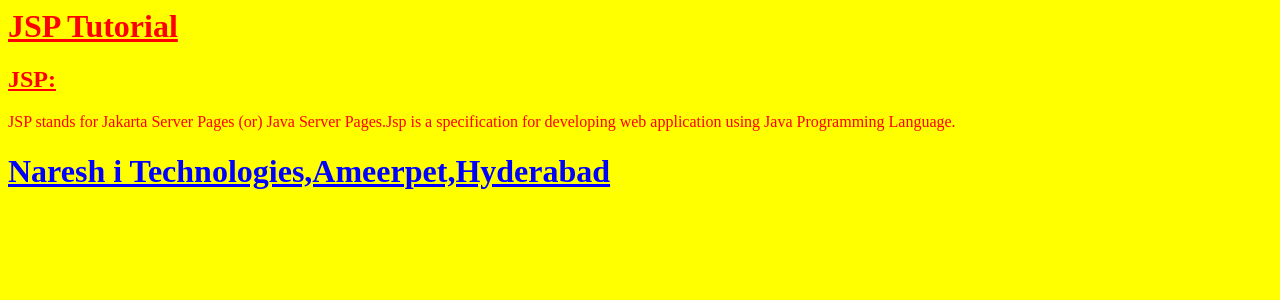
Repository: venugopalakrishnamylavarapu/Naresh-It-Full-Stack-java-Developer
Page: http://localhost/JSP/page1.jsp
These files come from the project's save history. The page is drawn as it stood at one moment and after the next save; the edit follows.
The browser window is 1280 px wide. The pictures show the whole page.
The page is served by Tomcat 9.

Above is the page before, as saved 2023-03-14 14:36:45.

After the next save:
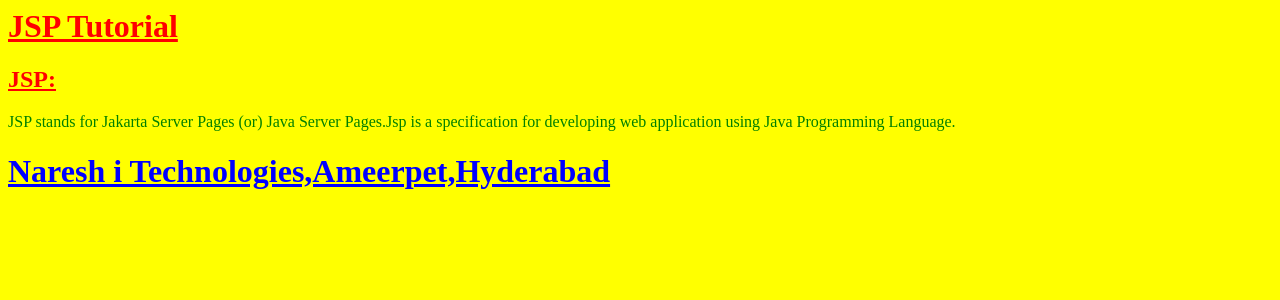
Saved 2 min 57 s later.
--- a/Advanced Java/Coding/JSP/src/main/webapp/page1.jsp
+++ b/Advanced Java/Coding/JSP/src/main/webapp/page1.jsp
@@ -2,7 +2,9 @@
 <body bgcolor=yellow text=red>
 <jsp:include page="header.jsp"/>
 <h2><u>JSP:</u></h2>
+<font color=green>
 <%="JSP stands for Jakarta Server Pages (or) Java Server Pages.Jsp is a specification for developing web application using Java Programming Language." %>
+</font>
 <jsp:include page="footer.jsp"/>
 </body>
 </html>
